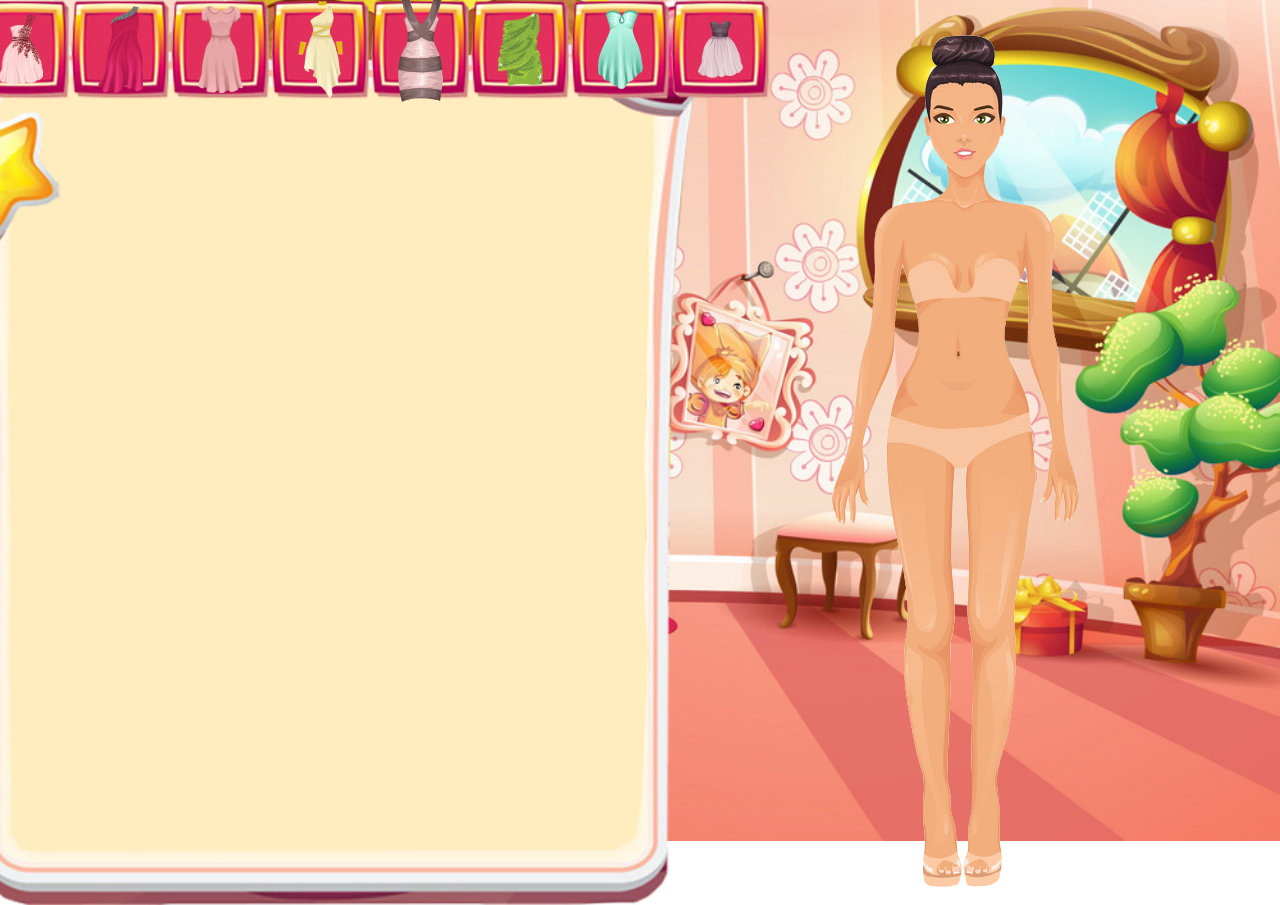
Repository: bunbubam/GameThayDoReactjs_NguyenKhacNghia
Page: /
An editor plug-in stored every save of this project. The page is shown before and after the next save, followed by the edit.
The browser window is 1280 px wide. The pictures show the whole page.
The project was rebuilt for these pictures with package versions that can differ from the ones it lists, and the page was loaded fresh each time.

Above is the page before, as saved 2022-03-30 16:03:46.

### public/index.html
<!doctype html>
<html lang="en">
  <head>
    <title>GameThaydo</title>
    <!-- Required meta tags -->
    <meta charset="utf-8">
    <meta name="viewport" content="width=device-width, initial-scale=1, shrink-to-fit=no">

    <!-- Bootstrap CSS -->
    <link rel="stylesheet" href="https://stackpath.bootstrapcdn.com/bootstrap/4.3.1/css/bootstrap.min.css" integrity="sha384-ggOyR0iXCbMQv3Xipma34MD+dH/1fQ784/j6cY/iJTQUOhcWr7x9JvoRxT2MZw1T" crossorigin="anonymous">
  </head>
  <body>
    <div id="root"></div>
    <!-- Optional JavaScript -->
    <!-- jQuery first, then Popper.js, then Bootstrap JS -->
    <script src="https://code.jquery.com/jquery-3.3.1.slim.min.js" integrity="sha384-q8i/X+965DzO0rT7abK41JStQIAqVgRVzpbzo5smXKp4YfRvH+8abtTE1Pi6jizo" crossorigin="anonymous"></script>
    <script src="https://cdnjs.cloudflare.com/ajax/libs/popper.js/1.14.7/umd/popper.min.js" integrity="sha384-UO2eT0CpHqdSJQ6hJty5KVphtPhzWj9WO1clHTMGa3JDZwrnQq4sF86dIHNDz0W1" crossorigin="anonymous"></script>
    <script src="https://stackpath.bootstrapcdn.com/bootstrap/4.3.1/js/bootstrap.min.js" integrity="sha384-JjSmVgyd0p3pXB1rRibZUAYoIIy6OrQ6VrjIEaFf/nJGzIxFDsf4x0xIM+B07jRM" crossorigin="anonymous"></script>
  </body>
</html>

### src/App.js
import logo from './logo.svg';
import './App.css';
import Dress from './gamethaydo/dress';

function App() {
  return (
    <Dress></Dress>
  );
}

export default App;

### src/App.css
body {
    background: url(gamethaydo/images/dress-room.jpg) no-repeat;
    background-position: 50% 53%;
    background-size: cover;
}
.dress-main .row {height: 100vh;}
.girl img {
    position: absolute;
    bottom: 2%;
    left: 30%;
}
.clothing-box {
    background: url(gamethaydo/images/box.png) no-repeat;
    background-position: 50% 50%;
    background-size: cover;
    width: 800px;
    height: 905px;
}
.clothing-item {
    background: url(gamethaydo/images/menu.png) no-repeat;
    width: 100px;
    height: 99px;
}
.clothing-item img {width: 45%;}

### src/gamethaydo/dress.js
import React, {Component} from 'react';
import Girl from './images/girl.png';
import Clothing1 from './images/trangphuc1.png';
import Clothing2 from './images/trangphuc2.png';
import Clothing3 from './images/trangphuc3.png';
import Clothing4 from './images/trangphuc4.png';
import Clothing5 from './images/trangphuc5.png';
import Clothing6 from './images/trangphuc6.png';
import Clothing7 from './images/trangphuc7.png';
import Clothing8 from './images/trangphuc8.png';
import Clothing9 from './images/trangphuc9.png';
import Clothing10 from './images/trangphuc10.png';

class Dress extends Component {
    state = {
        girl : Girl,
        clothing : Girl

    }
changeClothing = (imgs) => {
        return(
            this.setState({
                clothing : imgs
            })
        )
    }
    render() {
        return(
            <div className='container-fluid'>
                <div className='dress-main'>
                    <div className='row'>
                        <div className='col-12 col-xl-6 block-left d-flex flex-direction-row justify-content-center'>
                            <div className='clothing-box d-flex flex-direction-column justify-content-center'>
                                <div className='clothing-flex d-flex flex-direction-row justify-content-around lign-items-baseline'>
                                    <div className='clothing-item d-flex flex-direction-row justify-content-center align-items-center'>
                                        <img onClick={()=>this.changeClothing(Clothing1)} src={require('./images/trangphuc1.png')} className='img-fluid'/>
                                    </div>
                                    <div className='clothing-item d-flex flex-direction-row justify-content-center align-items-center'>
                                        <img onClick={()=>this.changeClothing(Clothing2)} src={require('./images/trangphuc2.png')} className='img-fluid'/>
                                    </div>
                                    <div className='clothing-item d-flex flex-direction-row justify-content-center align-items-center'>
                                        <img onClick={()=>this.changeClothing(Clothing3)} src={require('./images/trangphuc3.png')} className='img-fluid'/>
                                    </div>
                                </div>
                                <div className='clothing-flex d-flex flex-direction-row justify-content-around lign-items-baseline'>
                                    <div className='clothing-item d-flex flex-direction-row justify-content-center align-items-center'>
                                        <img onClick={()=>this.changeClothing(Clothing4)} src={require('./images/trangphuc4.png')} className='img-fluid'/>
                                    </div>
                                    <div className='clothing-item d-flex flex-direction-row justify-content-center align-items-center'>
                                        <img onClick={()=>this.changeClothing(Clothing10)} src={require('./images/trangphuc10.png')} className='img-fluid'/>
                                    </div>
                                    <div className='clothing-item d-flex flex-direction-row justify-content-center align-items-center'>
                                        <img onClick={()=>this.changeClothing(Clothing6)} src={require('./images/trangphuc6.png')} className='img-fluid'/>
                                    </div>
                                </div>
                                <div className='clothing-flex d-flex flex-direction-row justify-content-around lign-items-baseline'>
                                    <div className='clothing-item d-flex flex-direction-row justify-content-center align-items-center'>
                                        <img onClick={()=>this.changeClothing(Clothing7)} src={require('./images/trangphuc7.png')} className='img-fluid'/>
                                    </div>
                                    <div className='clothing-item d-flex flex-direction-row justify-content-center align-items-center'>
                                        <img onClick={()=>this.changeClothing(Clothing8)} src={require('./images/trangphuc8.png')} className='img-fluid'/>
                                    </div>
                                    <div className='clothing-item d-flex flex-direction-row justify-content-center align-items-center'>
                                        <img onClick={()=>this.changeClothing(Clothing9)} src={require('./images/trangphuc9.png')} className='img-fluid'/>
                                    </div>
                                </div>
                            </div>
                        </div>
                        <div className='col-12 col-xl-6 block-right position-relative d-flex flex-direction-row justify-content-center'>
                            <div className='girl'>
                                <img src={this.state.girl} className='img-fluid'/>
                                <img src={this.state.clothing} className='img-fluid'/>
                            </div>
                        </div>
                    </div>
                </div>
            </div>
        )
    };
}
export default Dress;

Loaded but not shown: src/index.js (common file); src/index.css (common file); src/reportWebVitals.js (common file)

After the next save:
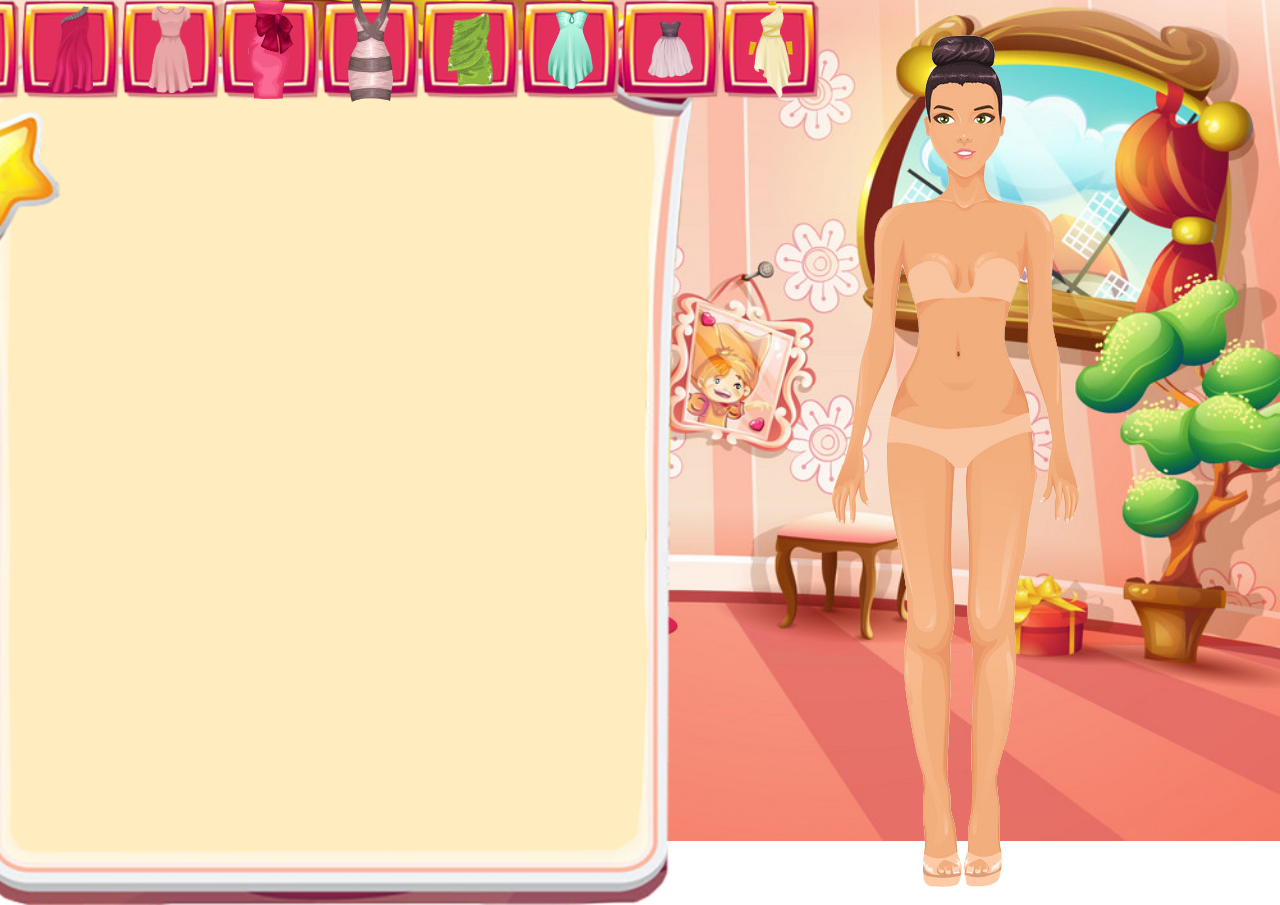
Saved 49 s later.
--- a/src/gamethaydo/dress.js
+++ b/src/gamethaydo/dress.js
@@ -47,7 +47,7 @@ changeClothing = (imgs) => {
                                         <img onClick={()=>this.changeClothing(Clothing4)} src={require('./images/trangphuc4.png')} className='img-fluid'/>
                                     </div>
                                     <div className='clothing-item d-flex flex-direction-row justify-content-center align-items-center'>
-                                        <img onClick={()=>this.changeClothing(Clothing10)} src={require('./images/trangphuc10.png')} className='img-fluid'/>
+                                        <img onClick={()=>this.changeClothing(Clothing5)} src={require('./images/trangphuc5.png')} className='img-fluid'/>
                                     </div>
                                     <div className='clothing-item d-flex flex-direction-row justify-content-center align-items-center'>
                                         <img onClick={()=>this.changeClothing(Clothing6)} src={require('./images/trangphuc6.png')} className='img-fluid'/>
@@ -62,6 +62,11 @@ changeClothing = (imgs) => {
                                     </div>
                                     <div className='clothing-item d-flex flex-direction-row justify-content-center align-items-center'>
                                         <img onClick={()=>this.changeClothing(Clothing9)} src={require('./images/trangphuc9.png')} className='img-fluid'/>
+                                    </div>
+                                </div>
+                                <div className='clothing-flex d-flex flex-direction-row justify-content-around lign-items-baseline'>
+                                    <div className='clothing-item d-flex flex-direction-row justify-content-center align-items-center'>
+                                        <img onClick={()=>this.changeClothing(Clothing10)} src={require('./images/trangphuc10.png')} className='img-fluid'/>
                                     </div>
                                 </div>
                             </div>
